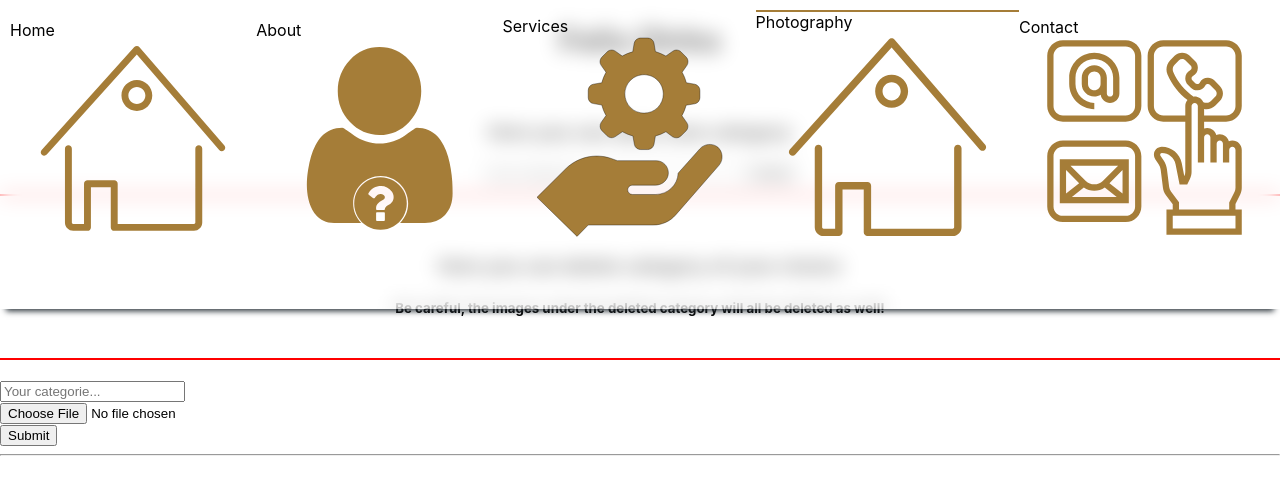
Repository: muhanad-musawi/backend-projekt-frondend
Page: /Photography (app in pohtographer/)
An editor plug-in stored every save of this project. The page is shown before and after a run of saves, followed by the edit.
The browser window is 1280 px wide. The pictures show the whole page.
The page's requests for data from a server got no answer. The project was rebuilt for these pictures with package versions that can differ from the ones it lists, and the page was loaded fresh each time. The framework's server and built-in components were replaced by stand-ins that run in the browser. No one was signed in, and anything a server would have sent is missing. Also part of the build but not shown: pohtographer/next.config.js, pohtographer/styles/Footer.module.css.

Above is the page before, as saved 2022-03-24 09:21:11.

### pohtographer/pages/_app.js
import '../styles/globals.css'
import Layout from '../layouts/default'

function MyApp({ Component, pageProps }) {


  const getLayout = Component.getLayout
  || ((page) => (<Layout>{page}</Layout>))

  return  getLayout (<Component {...pageProps} />


  )

}

export default MyApp

### pohtographer/pages/Photography.jsx
import styles from "../styles/Photography.module.css";
import Image from "next/image";
import { useState, useEffect } from "react";
import GetAllCategory from "../components/GetAllCategory";
import AddCategory from "../components/AddCategory";
import DeleteCategory from "../components/DeleteCategory";
import AddPhoto from "../components/AddPhoto";
import CategorieImage from "../components/CategorieImage";

function Photography() {

  const initialInput = {
    categorie: "",
  };

  const [categories, setCategories] = useState([]);
  const [inputs, setInputs] = useState(initialInput);
  const [param, setParam] = useState("")


  useEffect(() => {
    fetchCategoriesData();
  }, []); //Dependancy Array

  const BACKEND_URL =
    process.env.NEXT_PUBLIC_BACKEND_URL; /* || 'http://localhost:4000' */
  const RECORDS_PATH = BACKEND_URL + "/photo-gallery/all";

  //console.log(BACKEND_URL);

  // get all categorie  ↓

  const fetchCategoriesData = async () => {
    /*'http://localhost:4000/photo-gallery'*/

    await fetch(RECORDS_PATH)
      .then((response) => response.json())
      .then((data) => {
        //console.log("data" + data)
        setCategories(data);
        //console.log("categorie" + categories)
      })
      .catch((err) => console.log(err));
  };

  // get all categorie ↑

  // new categorie Add ↓

  function handleInputChange(event) {
    const value = event.target.value;
    const name = event.target.name;
    setInputs({
      ...inputs,
      [name]: value,
    });
  }
  console.log(inputs);
  const Categorie_PATH = BACKEND_URL + "/photo-gallery/new";

  const fetchCategoryAddData = (category) => {
    console.log("category:" + category);

    /*'http://localhost:4000/records'*/

    const categoryJson = JSON.stringify(category);
    fetch(Categorie_PATH, {
      method: "POST",
      headers: {
        "Content-Type": "application/json",
      },
      body: categoryJson,
    })
      .then((response) => {
        if (response.status !== 201) {
          alert("An Error occured");
          return;
        } else {
          fetchCategoriesData(); //router.reload(window.location.pathname) //navigate("/Photography", { replace: true });
          return response.json();
        }
      })
      .catch((err) => console.log(err));
  };

  function handleSubmit(event) {
    event.preventDefault();
    if (
      categories.find((category) => category.categorie === inputs.categorie)
    ) {
      alert("category exist");
    } else {
      const newCategory = {
        ...inputs,
      };
      fetchCategoryAddData(newCategory);
    }
  }

  // New categorie add ↑

  // categorie delete ↓

  async function onDelete(id) {
    let check = prompt("Type YES to delete");
    if (check === "YES" || check === "yes") {
      console.log("id", id);
      await fetch(BACKEND_URL + `/photo-gallery/${id}`, {
        method: "delete",
      })
        .then((response) => {
          if (response.status !== 200) {
            return;
          } else {
            //Wenn wir die API selber besitzen
            //fetchUserData()
            setCategories(
              categories.filter((category) => {
                return category._id !== id;
              })
            );
          }
        })
        .catch((error) => console.log(error));
    } else {
      alert("Wrong Delete");
    }
  }

  const handleInputChangeCategory = (e) =>{
    setParam(e.target.value.toLowerCase())
  }

  // categorie delete ↑

  return (
    <div>
      <div className={styles.addCategory}>
        <AddCategory
          inputs={inputs}
          handleSubmit={handleSubmit}
          handleInputChange={handleInputChange}
        />
      </div>

      <div className={styles.deleteCategory}>
        <DeleteCategory categories={categories} onDelete={onDelete} />
      </div>

      <div>
      <input onChange={handleInputChangeCategory} type="text" placeholder="Your categorie..."/>
     <AddPhoto categories={categories}/>
     </div>


      <div>
        <GetAllCategory categories={categories} />
      </div>






     <div>

       <CategorieImage
        categories={categories}
        param={param}
        />
     </div>


    </div>
  );
}

export default Photography;

### pohtographer/styles/globals.css
html,
body {
  padding: 0;
  margin: 0;
  font-family: -apple-system, BlinkMacSystemFont, Segoe UI, Roboto, Oxygen,
    Ubuntu, Cantarell, Fira Sans, Droid Sans, Helvetica Neue, sans-serif;
}

a {
  color: inherit;
  text-decoration: none;
}

* {
  box-sizing: border-box;
}

### pohtographer/layouts/default.jsx

import Header from '../components/Header'

import Footer from '../components/Footer'
import Head from 'next/head'


function Layout ({children}) {
  return (
    <div>
       <Header/>
       <Head>
        <title>my-App</title>
        <meta name="description" content="Generated by create next app" />
        <link rel="icon" href="/favicon.ico" />
      </Head>
      {children}
      <Footer/>
    </div>
  )
}

export default Layout

### pohtographer/styles/Photography.module.css
 .addCategory {
   text-align: center;
   margin: 10px 0;
   padding: 10px 0;
   border-bottom: 2px solid red;
 }

 .deleteCategory {
  text-align: center;
  margin: 20px 0;
  padding: 20px 0;
  border-bottom: 2px solid red;
 }

 .deleteCategoryBTN {
   display: flex;
   justify-content: space-evenly;
   align-items: center;

 }

### pohtographer/components/GetAllCategory.jsx
import styles from '../styles/GetAllCategory.module.css'




function GetAllCategory ({categories}){

  return (
    <div className={styles.imageCategory} >
      {categories.map((category, index) => (
        <div key={index}>
          <ul className={styles.ulCategory} key={index}>
            <li key={index}>{category.categorie} </li>
          </ul>
        </div>
      ))}
    </div>
  );
};

export default GetAllCategory;

### pohtographer/components/AddCategory.jsx
import styles from '../styles/AddCategory.module.css'


function AddCategory({handleSubmit , inputs ,   handleInputChange}) {
  return (
    <div>
      <h3>Here you can add a new category</h3>
      <form className="addRecordsForm" action="" onSubmit={handleSubmit}>
        <input
          type="text"
          name="categorie"
          placeholder=" new categorie"
          value={inputs.categorie}
          size="30"
          maxLength="50"
          onChange={handleInputChange}
        ></input>
        <input type="submit" value="Send" />
      </form>
    </div>
  )
}

export default AddCategory

### pohtographer/components/DeleteCategory.jsx
import styles from "../styles/DeleteCategory.module.css";

function DeleteCategory({ categories, onDelete }) {
  return (
    <div>
      <h3>Here you can delete category of your choice</h3>
      <h5>
        Be careful, the images under the deleted category will all be deleted as
        well!
      </h5>
      <div className={styles.deleteCategoryBTN}>
        {categories.map((category, index) => (
          <div>
            <div key={index}>
              <button onClick={() => onDelete(category._id)}>
                🗑️ {category.categorie}
              </button>
            </div>
          </div>
        ))}
      </div>
    </div>
  );
}

export default DeleteCategory;

### pohtographer/components/AddPhoto.jsx
 import {useState} from 'react'

 function AddPhoto({categories}) {
  const BACKEND_URL = process.env.NEXT_PUBLIC_BACKEND_URL;
  const RECORDS_PATH = BACKEND_URL + "/photos/new";

  const API_PHOTO_NAME = "uploaded_file"

  const [newFile, setNewFile] = useState({ photo: "" });
  const [photoCategorie, setPhotoCategorie] = useState("events");
  const [imageSrc, setImageSrc] = useState(""); // Bild als Daten (String)

  const handleSubmit = async (e) => {

    e.preventDefault();
    const formData = new FormData();
    formData.append(API_PHOTO_NAME, newFile.photo);
    //console.log( "formData"+formData)
    //console.log("categorie"+photoCategorie)

    await fetch(RECORDS_PATH , {
      method: "POST",
      body: formData,
    })
    .then((response)=>{
      console.log("response" + response.status)
      if(response.status === 201){
        alert("Image was saved!")
        setNewFile("");
        setImageSrc("")
        setPhotoCategorie("")
      } else{
        alert("Some Error occured")
      }
    })
    .catch((error)=>console.log(error))
  };

  const handlePhoto = (e) => {
    const [file] = e.target.files;
    if (file) {
      setImageSrc(URL.createObjectURL(file));
    }
    setNewFile({ photo: file });
  };

  return (
    <div>
      <form onSubmit={handleSubmit} encType="multipart/form-data">
        <input
          type="file"
          accept=".png, .jpg, .jpeg"
          name="photo"
          onChange={handlePhoto}
        />
        <br />
        {imageSrc.length === 0 ? null : (
          <div>
            Image Preview...
            <img width="20%" height="auto" src={imageSrc} alt="text" />
          </div>
        )}

        {/*
        <select onChange={(e)=>setPhotoCategorie(e.target.value)}>
          {categories.map((categorie, index) => <option key={index} value={categorie}>{categorie}</option>)}
        </select>
        */}
        <input type="submit" />
        <hr />
      </form>
    </div>
  );
}
export default AddPhoto;

### pohtographer/components/CategorieImage.jsx
import React, { useEffect, useState } from 'react';
import styles from '../styles/CategorieImage.module.css';

function CategorieImage({categories, param}) {

  const [images,setImages] = useState([]);

  useEffect(()=>{
    fetchAllImages()
  }, [])

  const fetchAllImages = async () => {

    const BACKEND_URL =
    process.env.NEXT_PUBLIC_BACKEND_URL; /* || 'http://localhost:4000' */
    const RECORDS_PATH = BACKEND_URL + "/photos/all";
    /*'http://localhost:4000/photos/all'*/

    await fetch(RECORDS_PATH)
      .then((response) => response.json())
      .then((data) => {
        //console.log("data" + data)
        setImages(data);
        //console.log("categorie" + categories)
      })
      .catch((err) => console.log(err));
  };


 // events muss durch user input ausgetauscht werden in der filter funktion fuer die darstellung
 //  {images.filter(image.pathCategorie==="events").map((image,

  if (categories.includes(param)) {
    return(
      images.filter(image.pathCategorie===param).map((image,
        <div key={index}>
          <img src={image.path} alt="picture"/>
        </div>
      ))
    )
  }
  return (
    <div className= {styles.imgMap} >
      {
        images.map((image, index) => (
          <div className={styles.imgContainer} key={index}>
            <img className={styles.img} src={image.path} alt="picture"/>
          </div>
        ))
      }
    </div>
  )
}

export default CategorieImage

### pohtographer/components/Header.jsx
import Link from 'next/link'
import Image from 'next/image'
import home from '../img/home.svg'
import about from '../img/about.svg'
import service from '../img/service.svg'
import experience from '../img/experience.svg'
import contact from '../img/contact.svg'

import styles from '../styles/Header.module.css'
import { useRouter } from "next/router";



function Header() {

  const router = useRouter();

  return (
    <div className={styles.navbarCenter} >
      <h1 className={styles.logoName}>Felix Dirks</h1>
    <div className={styles.headerLinks}>

        <Link href="/">
          <a className={router.pathname == "/" ? styles.active : ""}><span className='desktopVersion'>Home</span>
        <span className='mobileVersion'>

        <Image src={home} alt="home" />

        </span></a>
        </Link>

        <Link href="/About">
          <a className={router.pathname == "/About" ? styles.active : ""}>
          <span className='desktopVersion'>About</span>
        <span className='mobileVersion'>

        <Image src={about} alt="home" />

        </span>
          </a>
        </Link>

        <Link href="/Services">
          <a className={router.pathname == "/Services" ? styles.active  : ""}>
          <span className='desktopVersion'>Services</span>
        <span className='mobileVersion'>

        <Image src={service} alt="home" />

        </span>
          </a>
        </Link>

        <Link href="/Photography">
          <a className={router.pathname == "/Photography" ? styles.active  : ""}>
          <span className='desktopVersion'>Photography</span>
        <span className='mobileVersion'>

        <Image src={home} alt="home" />

        </span>
          </a>
        </Link>

        <Link href="/Contact">
          <div className={router.pathname == "/Contact" ? styles.active : ""}>
          <span className='desktopVersion'>Contact</span>

        <span className='mobileVersion'>

        <Image src={contact} alt="contact" />

        </span>
          </div>
        </Link>

        </div>

    </div>
  )
}

export default Header

### pohtographer/components/Footer.jsx
import styles from '../styles/Footer.module.css'

function Footer() {
  return (
    <div className={styles.footer} >

    </div>
  )
}

export default Footer

### pohtographer/styles/GetAllCategory.module.css

.imageCategory{
  display: flex;
  justify-content: space-evenly;

}

.ulCategory{
  list-style-type: none;
 }

### pohtographer/styles/DeleteCategory.module.css

.deleteCategoryBTN {
  display: flex;
  justify-content: space-evenly;
  align-items: center;

}

### pohtographer/styles/CategorieImage.module.css

.imgMap{
  width: 100%;

}

.imgContainer{
  margin: 20px 10px;
}

.img{
  width: 40%;
}

### pohtographer/styles/Header.module.css
/*
$color-white:#ffffff;
$footer-color:#737373;
$color-gold:#a57d38;
$color-dark:#242d34;
*/




.navbarCenter{
  width: 100%;
  display: flex;
  justify-content: center;

}

.headerLinks{
  -webkit-backdrop-filter: blur(10px);
    backdrop-filter: blur(10px);
    background-color: rgba(255, 255, 255, 0.5);

  margin: auto auto;
  padding: 10px;
  margin-bottom: 50px;
  display: flex;
  justify-content: space-around;
  align-items: center;

  border-radius: 40px;
  overflow: hidden;
  position: fixed;
  bottom: 0;
  width: 85%;
}

 .mobileVersion{
  display: flex;
  justify-content: center;
  align-items: center;
  visibility: visible;
  border: 1px solid  #a57d38;
  border-radius: 60%;
}
 .mobileVersion:hover{
  border: 1px solid  #a57d38;
  background-color: #242d34;
  border-radius: 60%;
}
.active{
  background-color: #242d34;
  border-radius: 60%;
  border: 2px solid  #a57d38;
}

.mobileVersion img {
  width: 40px;
  margin: 5px;
  margin-left:10px ;
  margin-right:10px ;
  margin-top: 10px;
}

.desktopVersion{
  display: none;
  visibility: hidden;
}



@media screen and (min-width: 1024px) {

  .navbarCenter{

    position: sticky;
    overflow: hidden;
    z-index: 2;
    top: 0;

    width: 100%;
  }


  .headerLinks{
    width: 100%;
    -webkit-backdrop-filter: blur(10px);
      backdrop-filter: blur(10px);
      background-color: rgba(255, 255, 255, 0.5);


    justify-content: space-around;
    margin-top: 0px ;
    margin-bottom: 0px;
    border-radius: 0;
    bottom:unset;


    -webkit-box-shadow: 0 8px 6px -6px #242d34;
    -moz-box-shadow: 0 8px 6px -6px #242d34;
         box-shadow: 0 8px 6px -6px #242d34;
  }


  .active{

    background-color:initial;
    border-radius: 0;
    border: none;
    border-top: 2px solid #a57d38;
  }

   .mobileVersion{
    display: none;
    visibility: hidden;
  }
  .desktopVersion{



    display: block;
    visibility: visible;
  }




}

Loaded but not shown: pohtographer/styles/AddCategory.module.css (no stored copy; drawn as an empty file)

After the next 2 saves:
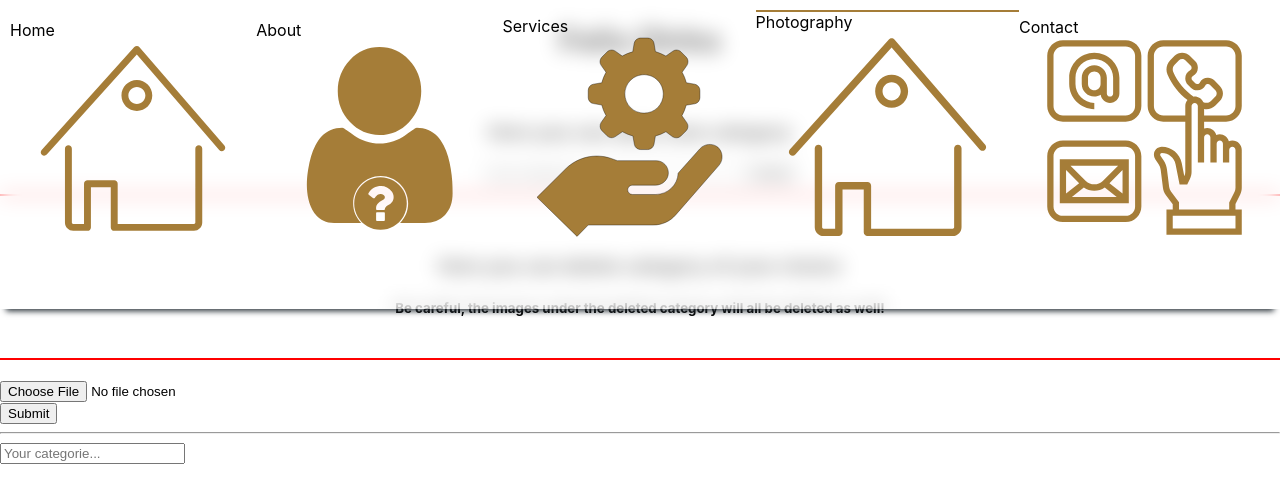
The 2 saves are shown as one change because they came seconds apart.
The last was saved 11 s later.
--- a/pohtographer/pages/Photography.jsx
+++ b/pohtographer/pages/Photography.jsx
@@ -148,8 +148,9 @@ function Photography() {
       </div>
 
       <div>
-      <input onChange={handleInputChangeCategory} type="text" placeholder="Your categorie..."/>
+
      <AddPhoto categories={categories}/>
+     <input onChange={handleInputChangeCategory} type="text" placeholder="Your categorie..."/>
      </div>
 
 
